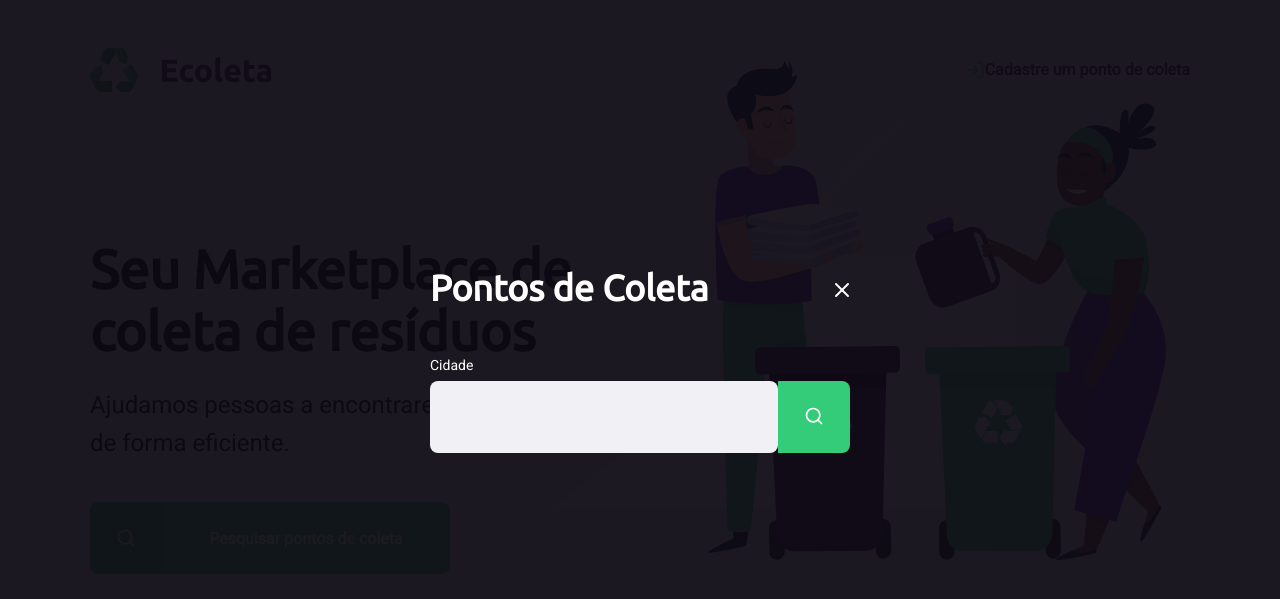
Repository: ivobass/NextLevelWeek
Page: index.html
An editor plug-in stored every save of this project. The page is shown before and after the next save, followed by the edit.
The browser window is 1280 px wide. The pictures show the whole page.
The pointer rests on the first visible `#modal form button`.

Above is the page before, as saved 2020-06-03 22:59:04.

After the next save:
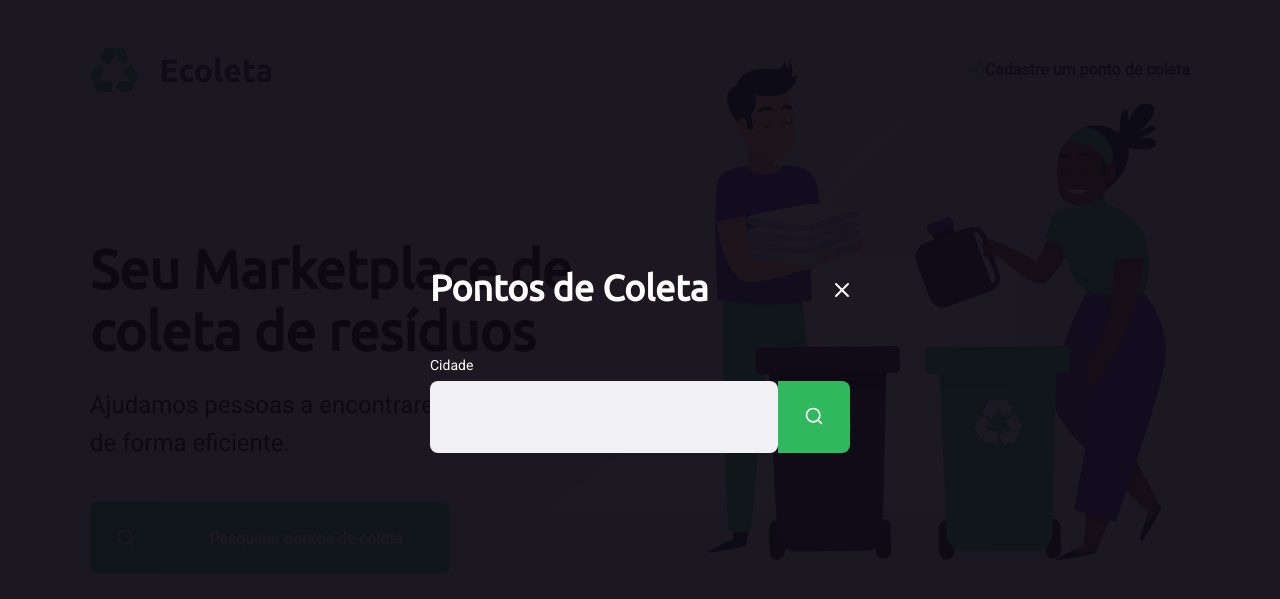
Saved 96 s later.
--- a/styles/modal.css
+++ b/styles/modal.css
@@ -63,3 +63,7 @@
     border: 0;
     border-radius: 0 8px 8px 0;
 }
+
+#modal form button:hover {
+    background-color: #2fb85e;
+}
